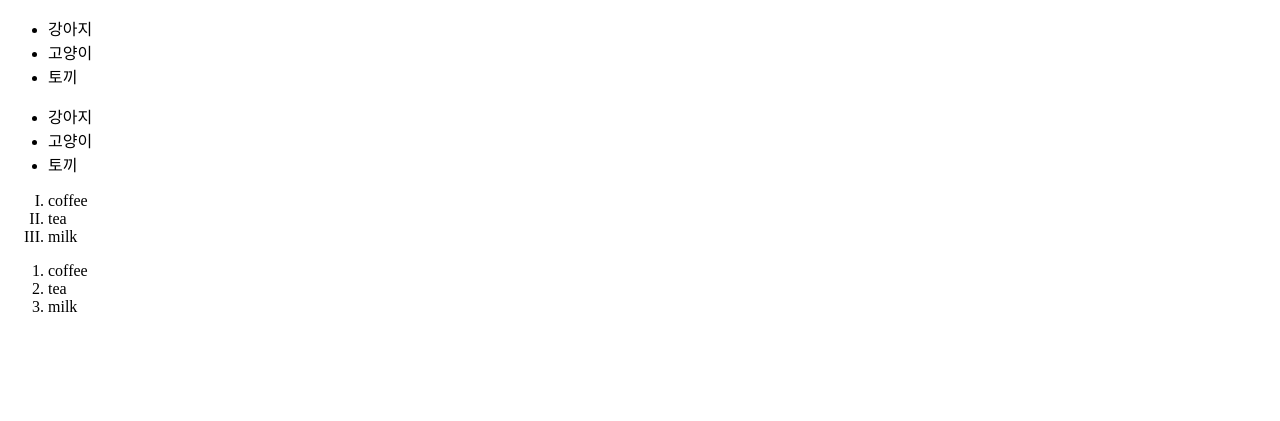
Repository: suhong99/htmlLecture
Page: sample02/src/main/webapp/index.html
An editor plug-in stored every save of this project. The page is shown before and after the next save, followed by the edit.
The browser window is 1280 px wide. The pictures show the whole page.

Above is the page before, as saved 2023-06-21 07:10:04.

After the next save:
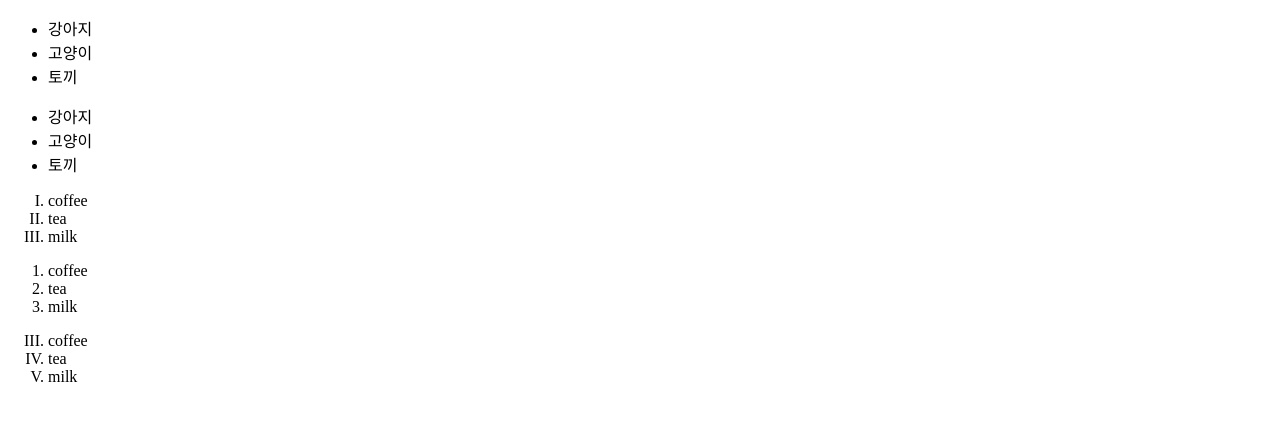
Saved 77 s later.
--- a/sample02/src/main/webapp/index.html
+++ b/sample02/src/main/webapp/index.html
@@ -30,10 +30,16 @@
 	<li>tea</li>
 	<li>milk</li>
 </ol>
-<ol type="3">
+<ol type="3">  <!-- 안됨  -->
 	<li>coffee</li>
 	<li>tea</li>
 	<li>milk</li>
 </ol>
+<ol type = "I" start="3">
+	<li>coffee</li>
+	<li>tea</li>
+	<li>milk</li>
+</ol>
+
 </body>
 </html>
